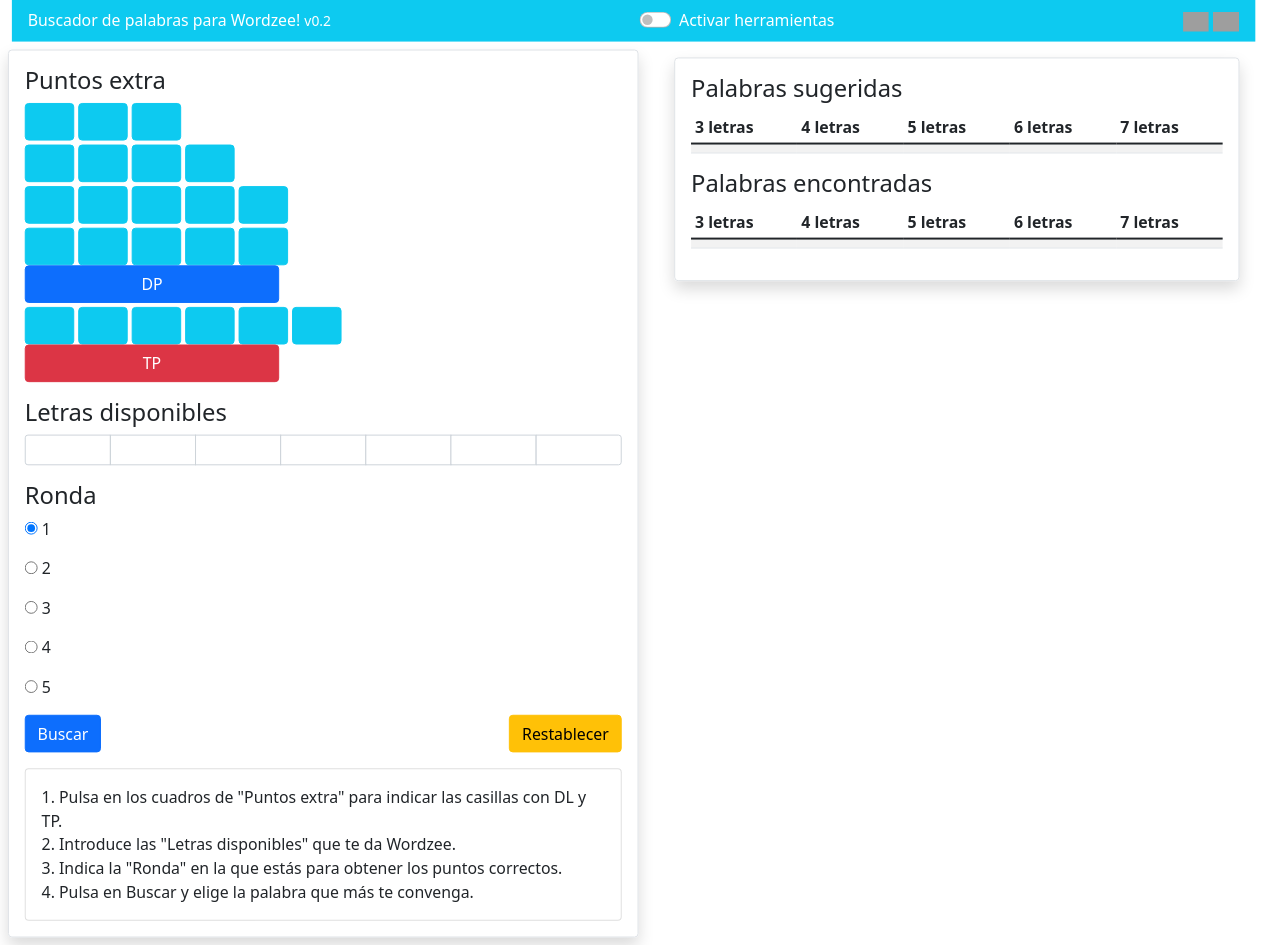
Repository: angelcafe/wordzee-bp_javascript
Page: index.html
The author's editor kept a copy of each file at every save. The page is drawn from the files as they stood at one save, then again after the next save.
The browser window is 1280 px wide. The pictures show the whole page, at 99% of full size.
Pictures or frames that could not be fetched are drawn as grey boxes.

Above is the page before, as saved 2021-10-22 22:35:59.

### index.html
<!DOCTYPE html>
<html lang="es">

<head>
    <meta charset="UTF-8">
    <meta name="viewport" content="width=device-width, initial-scale=1">
    <meta http-equiv="Expires" content="0">
    <meta http-equiv="Last-Modified" content="0">
    <meta http-equiv="Cache-Control" content="no-cache, mustrevalidate">
    <meta http-equiv="Pragma" content="no-cache">
    <link rel="icon" href="favicon.ico" type="image/ico" />
    <link rel="stylesheet" href="https://cdn.jsdelivr.net/npm/bootstrap@5.1.3/dist/css/bootstrap.min.css" integrity="sha384-1BmE4kWBq78iYhFldvKuhfTAU6auU8tT94WrHftjDbrCEXSU1oBoqyl2QvZ6jIW3" crossorigin="anonymous">
    <link rel="stylesheet" href="https://cdn.jsdelivr.net/npm/bootstrap-icons@1.5.0/font/bootstrap-icons.css">
    <link rel="stylesheet" href="index.css">
    <title>Busca palabras</title>
</head>

<body>
    <div class="container-fluid">
        <!-- Cabecera -->
        <nav class="nav d-flex justify-content-between bg-info">
            <li class="nav-item">
                <span class="nav-link text-white">Buscador de palabras para Wordzee! <small>v0.2</small></span>
            </li>
            <li class="nav-item">
                <div class="nav-link text-white form-check form-switch">
                    <input class="form-check-input" type="checkbox" role="switch" id="idActivarHerramientas">
                    <label class="form-check-label" for="idActivarHerramientas">Activar herramientas</label>
                </div>
            </li>
            <li class="nav-item">
                <span class="nav-link">
                    <a href="https://www.facebook.com/BuscaPalabras-para-Wordzee-106324508497974" target="_blank"><img src="https://upload.wikimedia.org/wikipedia/commons/5/51/Facebook_f_logo_%282019%29.svg" height="20"></a>
                    <a href="https://t.me/buscadorwordzee" target="_blank"><img src="https://upload.wikimedia.org/wikipedia/commons/thumb/8/83/Telegram_2019_Logo.svg/2048px-Telegram_2019_Logo.svg.png" height="20"></a>
                </span>
            </li>
        </nav>
        <!-- Puntos extra -->
        <div class="row">
            <div class="col border shadow rounded m-2 p-3">
                <form name="principal" id="principal" method="POST">
                    <div id="idPuntosExtra">
                        <h4>Puntos extra</h4>
                        <div class="p-0 mb-1">
                            <input type="text" name="pal3let1" id="pal3let1" class="btn btn-info" value="" readonly>
                            <input type="text" name="pal3let2" id="pal3let2" class="btn btn-info" value="" readonly>
                            <input type="text" name="pal3let3" id="pal3let3" class="btn btn-info" value="" readonly>
                        </div>
                        <div class="p-0 mb-1">
                            <input type="text" name="pal4let1" id="pal4let1" class="btn btn-info" value="" readonly>
                            <input type="text" name="pal4let2" id="pal4let2" class="btn btn-info" value="" readonly>
                            <input type="text" name="pal4let3" id="pal4let3" class="btn btn-info" value="" readonly>
                            <input type="text" name="pal4let4" id="pal4let4" class="btn btn-info" value="" readonly>
                        </div>
                        <div class="p-0 mb-1">
                            <input type="text" name="pal5let1" id="pal5let1" class="btn btn-info" value="" readonly>
                            <input type="text" name="pal5let2" id="pal5let2" class="btn btn-info" value="" readonly>
                            <input type="text" name="pal5let3" id="pal5let3" class="btn btn-info" value="" readonly>
                            <input type="text" name="pal5let4" id="pal5let4" class="btn btn-info" value="" readonly>
                            <input type="text" name="pal5let5" id="pal5let5" class="btn btn-info" value="" readonly>
                        </div>
                        <div class="p-0 mb-1">
                            <input type="text" name="pal6let1" id="pal6let1" class="btn btn-info" value="" readonly>
                            <input type="text" name="pal6let2" id="pal6let2" class="btn btn-info" value="" readonly>
                            <input type="text" name="pal6let3" id="pal6let3" class="btn btn-info" value="" readonly>
                            <input type="text" name="pal6let4" id="pal6let4" class="btn btn-info" value="" readonly>
                            <input type="text" name="pal6let5" id="pal6let5" class="btn btn-info" value="" readonly>
                            <input type="text" name="pal6let6" id="pal6let6" class="btn btn-info" value="" readonly>
                        </div>
                        <div class="p-0 mb-3">
                            <input type="text" name="pal7let1" id="pal7let1" class="btn btn-info" value="" readonly>
                            <input type="text" name="pal7let2" id="pal7let2" class="btn btn-info" value="" readonly>
                            <input type="text" name="pal7let3" id="pal7let3" class="btn btn-info" value="" readonly>
                            <input type="text" name="pal7let4" id="pal7let4" class="btn btn-info" value="" readonly>
                            <input type="text" name="pal7let5" id="pal7let5" class="btn btn-info" value="" readonly>
                            <input type="text" name="pal7let6" id="pal7let6" class="btn btn-info" value="" readonly>
                            <input type="text" name="pal7let7" id="pal7let7" class="btn btn-info" value="" readonly>
                        </div>
                    </div>
                    <div id="idLetrasDisponibles">
                        <h4>Letras disponibles</h4>
                        <div class="input-group input-group-sm mb-3" id="letras">
                            <input type="text" name="letra1" id="idLetra1" size="1" maxlength="1" autocomplete="off" required="required" class="form-control text-uppercase" value="">
                            <input type="text" name="letra2" id="idLetra2" size="1" maxlength="1" autocomplete="off" required="required" class="form-control text-uppercase" value="">
                            <input type="text" name="letra3" id="idLetra3" size="1" maxlength="1" autocomplete="off" required="required" class="form-control text-uppercase" value="">
                            <input type="text" name="letra4" id="idLetra4" size="1" maxlength="1" autocomplete="off" required="required" class="form-control text-uppercase" value="">
                            <input type="text" name="letra5" id="idLetra5" size="1" maxlength="1" autocomplete="off" required="required" class="form-control text-uppercase" value="">
                            <input type="text" name="letra6" id="idLetra6" size="1" maxlength="1" autocomplete="off" required="required" class="form-control text-uppercase" value="">
                            <input type="text" name="letra7" id="idLetra7" size="1" maxlength="1" autocomplete="off" required="required" class="form-control text-uppercase" value="">
                        </div>
                    </div>
                    <div id="idRonda">
                        <h4>Ronda</h4>
                        <div class="custom-control custom-radio custom-control-inline mb-3">
                            <input type="radio" id="idRonda1" name="ronda" value="1" class="custom-control-input" checked>
                            <label class="custom-control-label" for="idRonda1">1</label>
                        </div>
                        <div class="custom-control custom-radio custom-control-inline mb-3">
                            <input type="radio" id="idRonda2" name="ronda" value="2" class="custom-control-input">
                            <label class="custom-control-label" for="idRonda2">2</label>
                        </div>
                        <div class="custom-control custom-radio custom-control-inline mb-3">
                            <input type="radio" id="idRonda3" name="ronda" value="3" class="custom-control-input">
                            <label class="custom-control-label" for="idRonda3">3</label>
                        </div>
                        <div class="custom-control custom-radio custom-control-inline mb-3">
                            <input type="radio" id="idRonda4" name="ronda" value="4" class="custom-control-input">
                            <label class="custom-control-label" for="idRonda4">4</label>
                        </div>
                        <div class="custom-control custom-radio custom-control-inline mb-3">
                            <input type="radio" id="idRonda5" name="ronda" value="5" class="custom-control-input">
                            <label class="custom-control-label" for="idRonda5">5</label>
                        </div>
                        <div class="btn-toolbar justify-content-between mt-1">
                            <button type="submit" class="btn btn-primary">Buscar</button>
                            <button type="button" onclick="restablecer()" class="btn btn-warning">Restablecer</button>
                        </div>
                    </div>
                </form>
                <div class="card mt-3">
                    <div class="card-body">
                        1. Pulsa en los cuadros de "Puntos extra" para indicar las casillas con DL y TP.
                        <br>
                        2. Introduce las "Letras disponibles" que te da Wordzee.
                        <br>
                        3. Indica la "Ronda" en la que estás para obtener los puntos correctos.
                        <br>
                        4. Pulsa en Buscar y elige la palabra que más te convenga.
                    </div>
                </div>
            </div>
            <!-- Herramientas -->
            <div class="col d-none border col m-3 p-3 shadow rounded">
                <div id="idHerramientas" class="herramientas">
                    <h4>Herramientas</h4>
                    <form class="row">
                        <div class="col">Palabra nueva:</div>
                        <div class="col">
                            <input name="palabraGuardar" id="palabraGuardar" type="text" minlength="3" maxlength="7" autocomplete="off" required="required" class="form-control text-uppercase" value="">
                        </div>
                        <div class="col">
                            <button id="idGuardar" type="button" class="btn btn-primary">Guardar</button>
                        </div>
                    </form>
                    <form class="row mt-3">
                        <div class="col">Borrar palabra:</div>
                        <div class="col">
                            <input name="palabraBorrar" id="palabraBorrar" type="text" minlength="3" maxlength="7" autocomplete="off" required="required" class="form-control text-uppercase" value="">
                        </div>
                        <div class="col">
                            <button id="idBorrar" type="button" class="btn btn-danger">Borrar</button>
                        </div>
                    </form>
                    <form class="row mt-3">
                        <div class="col">Exportar JSON:</div>
                        <div class="col"></div>
                        <div class="col">
                            <button type="button" onclick="palabras.exportar()" class="btn btn-primary">Exportar</button>
                        </div>
                    </form>
                    <form class="row mt-3">
                        <div class="col">Importar JSON:</div>
                        <div class="col custom-file">
                            <input type="file" class="custom-file-input" accept=".json" id="formFile" required="required">
                            <label class="custom-file-label" for="formFile" data-browse="Elegir"></label>
                        </div>
                        <div class="col input-group-append">
                            <button type="button" class="btn btn-warning" onclick="palabras.importar()">Importar</button>
                        </div>
                    </form>
                </div>
            </div>
        <!-- Palabras sugeridas -->
            <div class="col">
            <div class="border col m-3 p-3 shadow rounded">
                <h4>Palabras sugeridas</h4>
                <table class="table table-sm table-striped table-hover">
                    <thead>
                        <tr>
                            <th>3 letras</th>
                            <th>4 letras</th>
                            <th>5 letras</th>
                            <th>6 letras</th>
                            <th>7 letras</th>
                        </tr>
                    </thead>
                    <tbody>
                        <tr>
                            <td class="noselect"></td>
                            <td class="noselect"></td>
                            <td class="noselect"></td>
                            <td class="noselect"></td>
                            <td class="noselect"></td>
                        </tr>
                    </tbody>
                </table>
                <!-- Palabras encontradas -->
                <h4>Palabras encontradas</h4>
                <table class="table table-sm table-striped table-hover">
                    <thead>
                        <tr>
                            <th>3 letras</th>
                            <th>4 letras</th>
                            <th>5 letras</th>
                            <th>6 letras</th>
                            <th>7 letras</th>
                        </tr>
                    </thead>
                    <tbody>
                        <tr>
                            <td class="menu palenc noselect"></td>
                            <td class="menu palenc noselect"></td>
                            <td class="menu palenc noselect"></td>
                            <td class="menu palenc noselect"></td>
                            <td class="menu palenc noselect"></td>
                        </tr>
                    </tbody>
                </table>
            </div>
        </div>
    </div>
    <div id="modalAlert" class="modal fade" tabindex="-1">
        <div class="modal-dialog">
            <div class="modal-content">
                <div class="modal-header">
                    <h5 class="modal-title"></h5>
                    <button type="button" class="close" data-dismiss="modal" aria-label="Close"></button>
                </div>
                <div class="modal-body">
                    <p>Importación finalizada.</p>
                </div>
                <div class="modal-footer">
                    <button type="button" class="close" data-dismiss="modal" aria-label="Cerrar">
                        <span aria-hidden="true">&times;</span>
                    </button>
                </div>
            </div>
        </div>
    </div>
    <div id="menu">
        <div>
            <i class="bi bi-eraser-fill"></i> Borrar <span id="idBorrarPalabra"></span> de la Base de Datos
        </div>
    </div>
    <script src="https://cdn.jsdelivr.net/npm/bootstrap@5.1.3/dist/js/bootstrap.bundle.min.js" integrity="sha384-ka7Sk0Gln4gmtz2MlQnikT1wXgYsOg+OMhuP+IlRH9sENBO0LRn5q+8nbTov4+1p" crossorigin="anonymous"></script>
    <script src="index.js"></script>
</body>

</html>

### index.css
.btn-info {
    width: 13%;
}
.noselect {
    -webkit-touch-callout: none; /* iOS Safari */
    -webkit-user-select: none; /* Safari */
    -khtml-user-select: none; /* Konqueror HTML */
    -moz-user-select: none; /* Firefox */
    -ms-user-select: none; /* Internet Explorer/Edge */
    user-select: none; /* Non-prefixed version, currently
                        supported by Chrome and Opera */
}
.palenc {
    cursor: pointer;
}
.rosa {
    background-color: pink;
}
#idPuntosExtra {
    max-width: 24em;
    min-width: 24em;
}
.herramientas {
    max-width: 26em;
    min-width: 24em;
}
#idBorrarPalabra,
#idBotonBuscaPalabras {
    cursor: pointer;
}
#menu {
    position: absolute;
    display: none;
    padding: 0px;
    font-family: sans-serif;
    font-size: 15px;
    background: #fff;
    color: #555;
    border: 1px solid #C6C6C6;
    -webkit-transition: opacity .5s ease-in-out;
    -moz-transition: opacity .5s ease-in-out;
    transition: opacity .5s ease-in-out;
    -webkit-box-shadow: 2px 2px 2px 0px rgba(143, 144, 145, 1);
    -moz-box-shadow: 2px 2px 2px 0px rgba(143, 144, 145, 1);
    box-shadow: 2px 2px 2px 0px rgba(143, 144, 145, 1);
}
#menu div {
    display: block;
    color: #555;
    text-decoration: none;
    padding: 6px 8px 6px 8px;
    width: 294px;
    position: relative;
}
#menu div img,
#menu div i.fa {
    height: 20px;
    font-size: 17px;
    width: 20px;
    position: absolute;
    left: 5px;
    top: 2px;
}
#menu span:hover {
    color: #fff;
    background: #69a0f1;
}
#menu span {
    font-weight: bold;
}

Loaded but not shown: index.js (204 lines, source omitted)

After the next save:
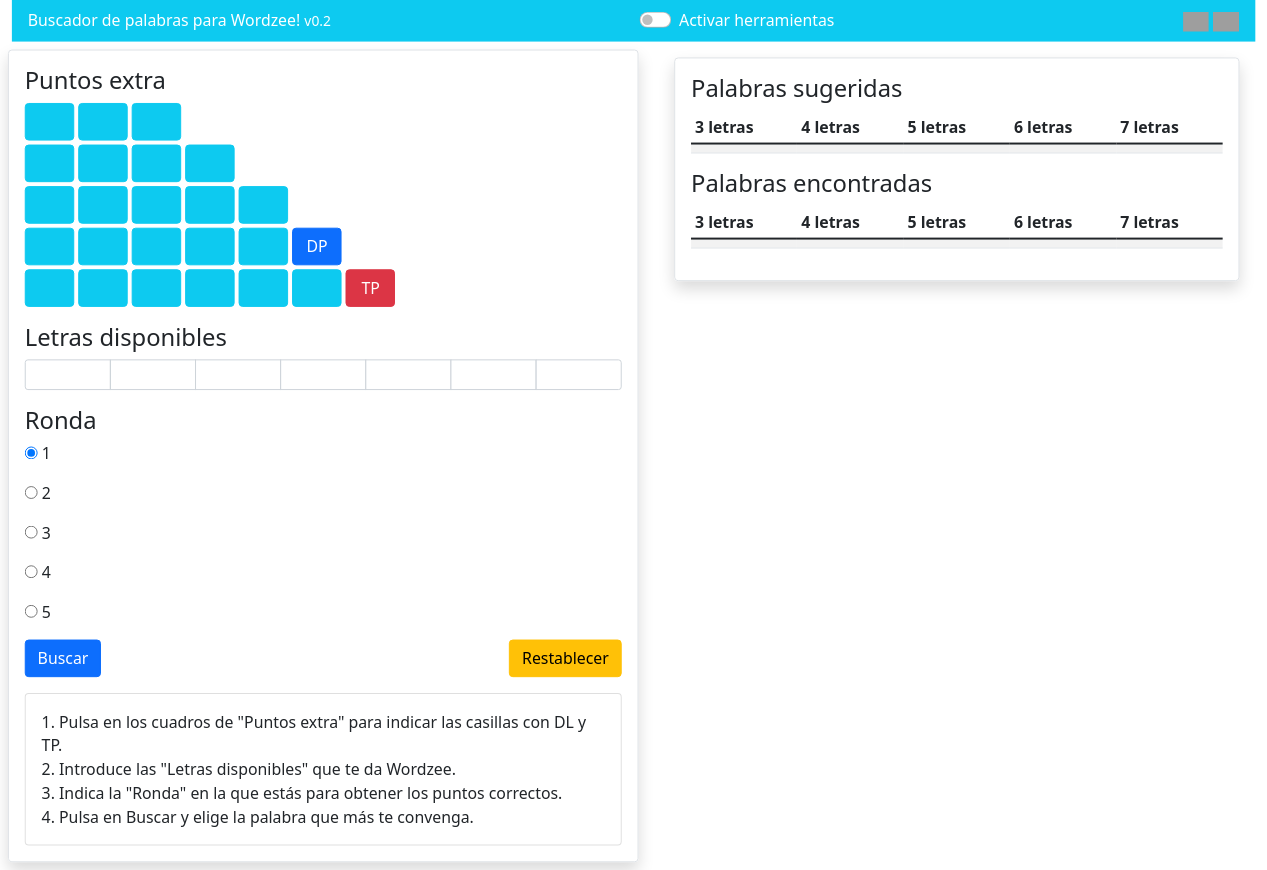
Saved 98 s later.
--- a/index.css
+++ b/index.css
@@ -1,4 +1,4 @@
-.btn-info {
+#idPuntosExtra input {
     width: 13%;
 }
 .noselect {
